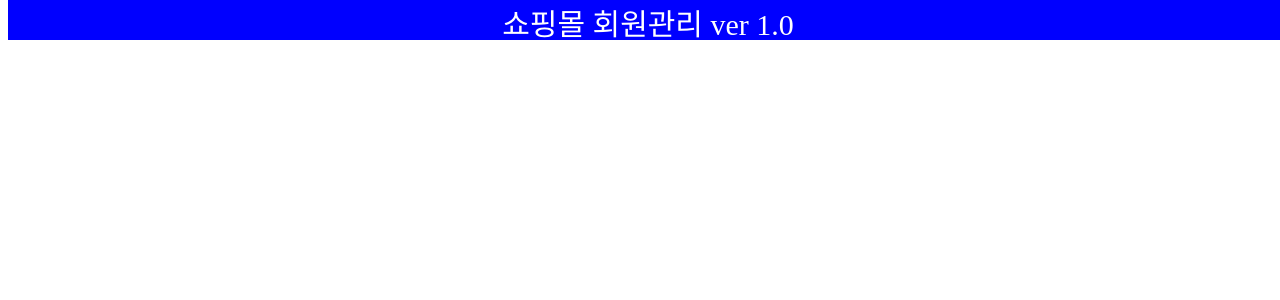
Repository: RnfElwl/youtube_infoT
Page: http://localhost/HRD_30812/
The author's editor kept a copy of each file at every save. The page is drawn from the files as they stood at one save, then again after the next save.
The browser window is 1280 px wide. The pictures show the whole page.
The page is served by Tomcat 9.

Above is the page before, as saved 2022-03-10 14:01:47.

After the next save:
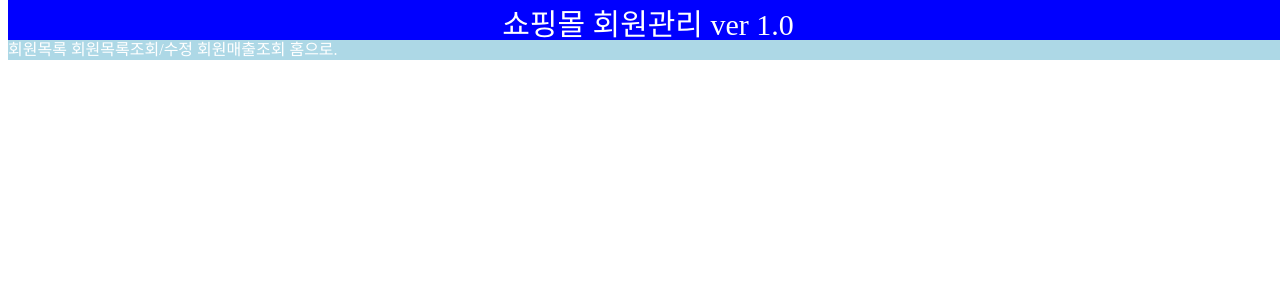
Saved 2 min 4 s later.
--- a/HRD_30812/src/main/webapp/index.jsp
+++ b/HRD_30812/src/main/webapp/index.jsp
@@ -9,6 +9,7 @@
 <body>
 	<header style="position:fixed; top:0px; width:100%; height:40px;
 	background-color:blue; color:white;font-size:30px; text-align:center; line-height:40px '"> 쇼핑몰 회원관리 ver 1.0</header>
-
+	<nav style="position:fixed; top:40px; width:100%; height:20px; background-color:lightblue;
+	color:white; line-height:20px ">회원목록 회원목록조회/수정 회원매출조회 홈으로.</nav>
 </body>
 </html>
